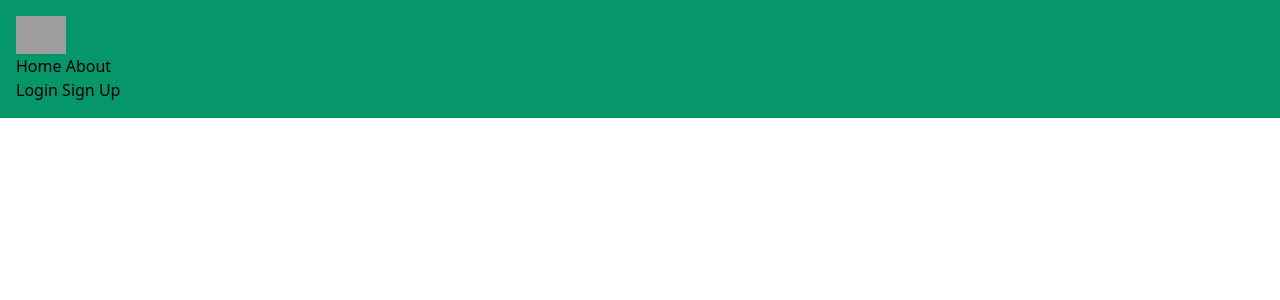
Repository: DaNiels89/tailwind-stawberries
Page: index.html
An editor plug-in stored every save of this project. The page is shown before and after the next save, followed by the edit.
The browser window is 1280 px wide. The pictures show the whole page.
Pictures or frames that could not be fetched are drawn as grey boxes.

Above is the page before, as saved 2020-08-24 13:19:35.

### index.html
<!DOCTYPE html>
<html lang="en">
  <head>
    <meta charset="UTF-8" />
    <meta name="viewport" content="width=device-width, initial-scale=1.0" />
    <title>Website with Tailwind</title>
    <link
      href="https://unpkg.com/tailwindcss@^1.0/dist/tailwind.min.css"
      rel="stylesheet"
    />
  </head>
  <body>
    <header class="bg-green-600 p-4">
      <nav class="">
        <div>
          <img
            src="img/strawberry.png"
            alt="Mountain logo"
            class="Logo"
            width="50"
          />
          <a href="#" class="">Home</a>
          <a href="#" class="">About</a>
        </div>
        <div class="">
          <a href="#" class="">Login</a>
          <a href="#" class="">Sign Up</a>
        </div>
      </nav>
    </header>
    <main class=""></main>
    <footer class=""></footer>
  </body>
</html>

After the next save:
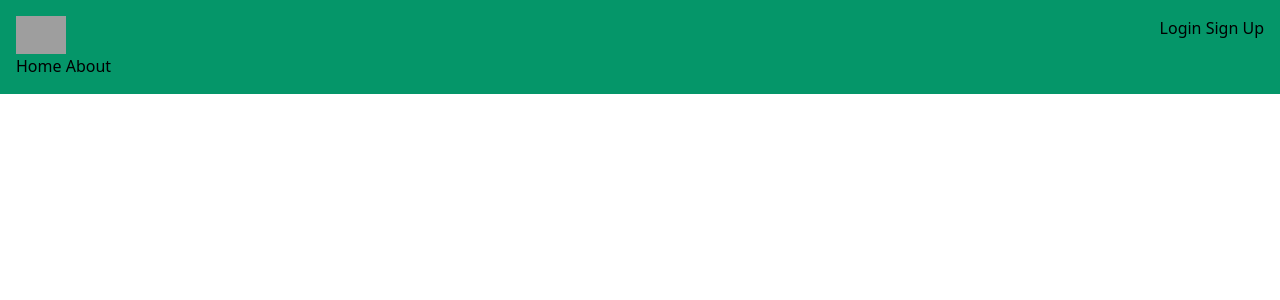
Saved 57 s later.
--- a/index.html
+++ b/index.html
@@ -11,7 +11,7 @@
   </head>
   <body>
     <header class="bg-green-600 p-4">
-      <nav class="">
+      <nav class="flex justify-between">
         <div>
           <img
             src="img/strawberry.png"
